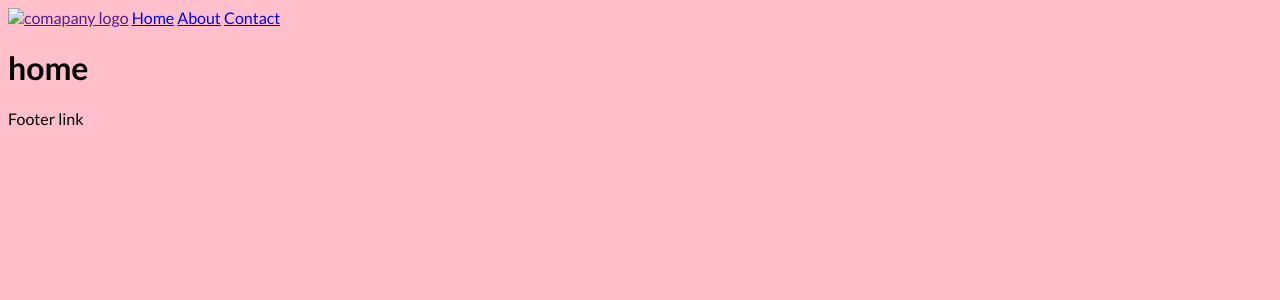
Repository: magiai/vanilla-js-spa
Page: index.html
These files come from the project's save history. The page is drawn as it stood at one moment and after the next save; the edit follows.
The browser window is 1280 px wide. The pictures show the whole page.

Above is the page before, as saved 2022-04-28 16:08:16.

### index.html
<!DOCTYPE html>
<html lang="pl" region="pl">

    <head>
        <link rel="preconnect" href="https://fonts.googleapis.com">
        <link rel="preconnect" href="https://fonts.gstatic.com" crossorigin>
        <link href="https://fonts.googleapis.com/css2?family=Lato:wght@300;400;700&display=swap" rel="stylesheet">

        <meta charset="utf-8">
        <meta http-equiv="X-UA-Compatible" content="IE=edge">
        <meta name=" theme-color" content="">
        <meta name="viewport" content="width=device-width, initial-scale=1">
        <meta name="robots" content="index, follow">
        <link rel="canonical" href="">

        <title></title>
        <meta name="description" content="">

        <!--	Open Graph Protocol -->
        <meta property="fb:page_id" content=""> <!-- facebok identificator - id -->
        <meta property="twitter:site" content="">

        <meta property="og:title" content="">
        <meta property="og:type" content="website">
        <meta property="og:url" content=""> <!-- canonical url -->
        <meta property="og:site_name" content="">
        <meta property="og:description" content="">
        <meta property="og:image" content="">
        <!--	/Open Graph Protocol -->

        <!--	[if older than IE 9]-->
        <!--	slows down a page loading-->
        <script src="https://cdnjs.cloudflare.com/ajax/libs/html5shiv/3.7.3/html5shiv.js"></script>
        <!--	[endif]-->

        <noscript><a href="https://www.facebook.com/pg/dobrymechanik/about/?ref=page_internal/">Info to display when
                javaScript is not loaded</a></noscript>

        <!--	styles-->
        <link rel="stylesheet" type="text/css" href="css/variables.css">
        <link rel="stylesheet" type="text/css" href="css/main.css">
        <!--	/styles-->

        <!-- Scripts -->
        <script defer src="js/router.js"></script>
        <script defer src="js/route.js"></script>
        <script defer src="js/app.js"></script>
        <!-- /Scripts -->
    </head>

    <body>
        <header class="header">
            <nav>
                <a class="logo__link" href=""><img class="logo__image" src="" alt="comapany logo"></a>
                <a href="#home">Home</a>
                <a href="#about">About</a>
                <a href="#contact">Contact</a>
            </nav>
        </header>

        <main id="app"></main>

        <footer>
            <a>Footer link</a>
        </footer>
    </body>

</html>

### css/variables.css
:root {
    --background-color: pink;
}

### css/main.css
* {
    box-sizing: border-box;
}

body {
    font-family: 'Lato', sans-serif;
    background-color: var(--background-color);
}

### js/router.js
'use strict';

function Router(routes) {
    try {
        if (!routes) {
            throw 'error: routes param is mandatory';
        }
        this.constructor(routes);
        this.init();
    } catch (e) {
        console.error(e);
    }
}

Router.prototype = {
    routes: undefined,
    rootElem: undefined,
    constructor: function (routes) {
        this.routes = routes;
        this.rootElem = document.getElementById('app');
    },
    init: function () {
        const filesRoutes = this.routes;
        (function(scope, filesRoutes) {
            window.addEventListener('hashchange', function (e) {
                scope.hasChanged(scope, filesRoutes);
            });
        })(this, filesRoutes);
        this.hasChanged(this, filesRoutes);
    },
    hasChanged: function(scope, filesRoutes){
        for (let fileRoute of filesRoutes) {
            if (window.location.hash.length > 0 && fileRoute.isActiveRoute(window.location.hash.substring(1))) {
                scope.goToRoute(fileRoute.htmlName);
            } else if (fileRoute.defaultRoute) {
                scope.goToRoute(fileRoute.htmlName);
            }
        }
    },
    goToRoute: function (htmlName) {
        (function(scope) {
            let url = 'views/' + htmlName,
                xhttp = new XMLHttpRequest();
            xhttp.onreadystatechange = function () {
                if (this.readyState === 4 && this.status === 200) {
                    scope.rootElem.innerHTML = this.responseText;
                }
            };
            xhttp.open('GET', url, true);
            xhttp.send();
        })(this);
    }
};

### js/route.js
'use stict';

// function Route(name, htmlName, defaultRoute) {
//     try {
//         if(!name || !htmlName) {
//             throw 'error: name and htmlName params are mandatories';
//         }
//         this.constructor(name, htmlName, defaultRoute);
//     } catch (e) {
//         console.error(e);
//     }
// }

// Route.prototype = {
//     name: undefined,
//     htmlName: undefined,
//     default: undefined,
//     constructor: function (name, htmlName, defaultRoute) {
//         this.name = name;
//         this.htmlName = htmlName;
//         this.default = defaultRoute;
//     },
//     isActiveRoute: function (hashedPath) {
//         return hashedPath.replace('#', '') === this.name;
//     }
// };

class Route {
    constructor (pageName, htmlName, defaultRoute) {
        this.pageName = pageName;
        this.htmlName = htmlName;
        this.defaultRoute = defaultRoute;
    }

    isActiveRoute(hashedPath) {
        console.log(this.pageName);
        return hashedPath.replace('#', '') === this.pageName;
    }

    static {
        try {
            console.log(this.pageName);
            if(!this.pageName || !this.htmlName) {
                throw 'error: name and htmlName params are mandatories';
            }
            this.constructor(this.pageName, this.htmlName, this.defaultRoute);
        } catch (e) {
            console.error(e);
        }
    }
}

### js/app.js
'use strict';

(function () {
    function init() {
        const router = new Router([
            new Route('home', 'home.html', true),
            new Route('about', 'about.html'),
            new Route('contact', 'contact.html'),
        ]);
    }
    init();
}());

Loaded but not shown: views/home.html (common file)

After the next save:
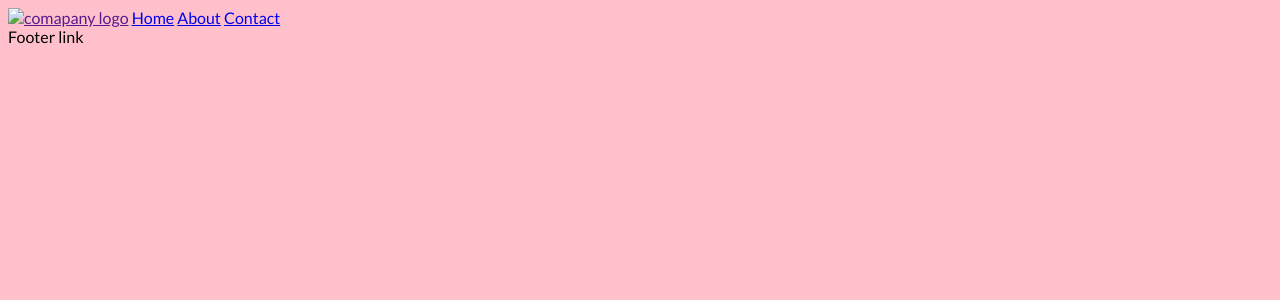
Console error: ReferenceError: handleErrors is not defined
Saved 2 min 7 s later.
--- a/js/route.js
+++ b/js/route.js
@@ -33,14 +33,13 @@
     }
 
     isActiveRoute(hashedPath) {
-        console.log(this.pageName);
         return hashedPath.replace('#', '') === this.pageName;
     }
 
-    static {
+    handleErrors() {
         try {
             console.log(this.pageName);
-            if(!this.pageName || !this.htmlName) {
+            if (!this.pageName || !this.htmlName) {
                 throw 'error: name and htmlName params are mandatories';
             }
             this.constructor(this.pageName, this.htmlName, this.defaultRoute);
@@ -48,4 +47,8 @@
             console.error(e);
         }
     }
+
+    static {
+        handleErrors();
+    }
 }

After the 3 saves that followed:
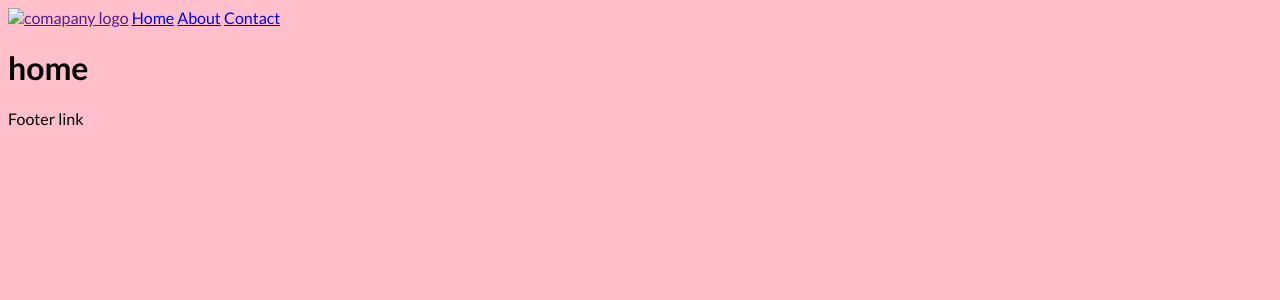
The error is gone.
The 3 saves are shown as one change because 2 left the picture as it was.
The last was saved 2 min 46 s later.
--- a/js/route.js
+++ b/js/route.js
@@ -36,10 +36,10 @@
         return hashedPath.replace('#', '') === this.pageName;
     }
 
-    handleErrors() {
+    static handleErrors(pageName) {
         try {
-            console.log(this.pageName);
-            if (!this.pageName || !this.htmlName) {
+            console.log(pageName);
+            if(!this.pageName || !this.htmlName) {
                 throw 'error: name and htmlName params are mandatories';
             }
             this.constructor(this.pageName, this.htmlName, this.defaultRoute);
@@ -47,8 +47,4 @@
             console.error(e);
         }
     }
-
-    static {
-        handleErrors();
-    }
 }
